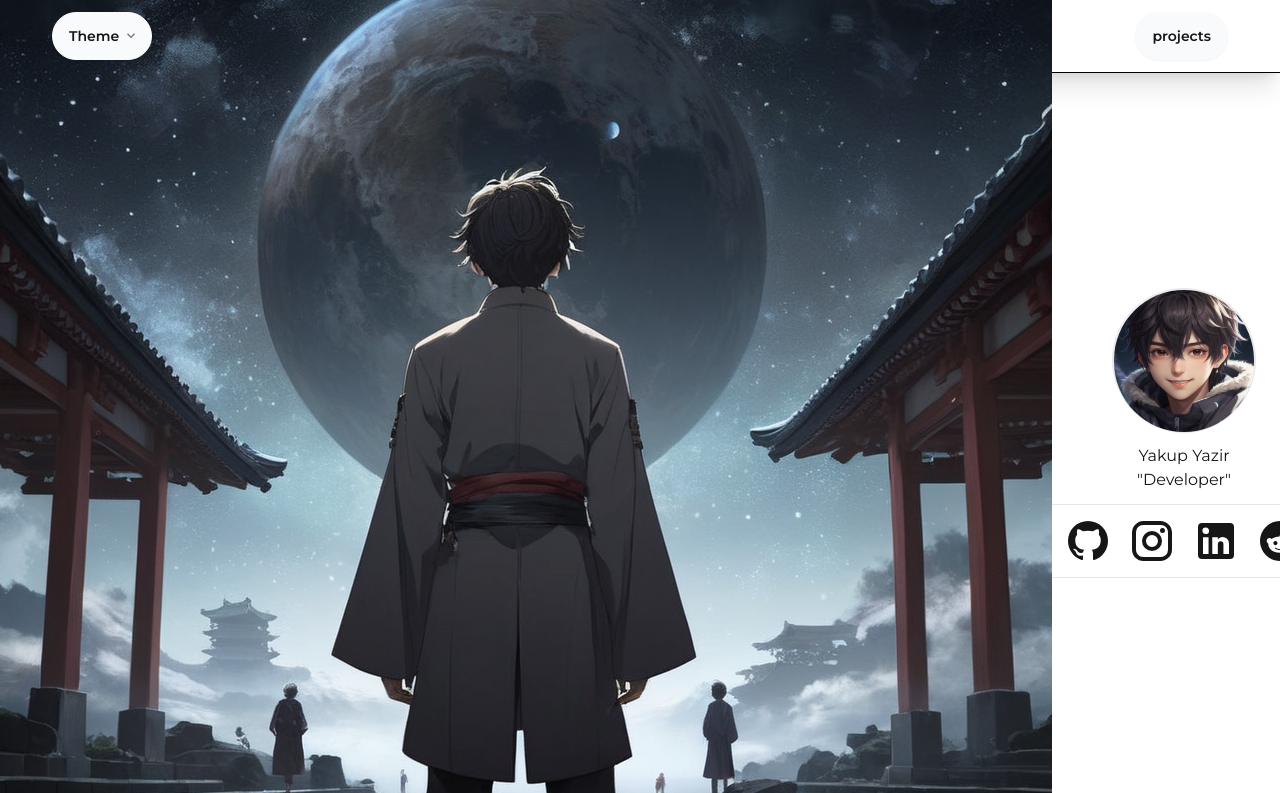
Repository: Yakyaz/myWebsite
Page: /home
These files come from the project's save history. The page is drawn as it stood at one moment and after the next save; the edit follows.
The browser window is 1280 px wide. The pictures show the whole page.
The project was rebuilt for these pictures with package versions that can differ from the ones it lists, and the page was loaded fresh each time. The framework's server and built-in components were replaced by stand-ins that run in the browser. Also part of the build but not shown: next.config.js.

Above is the page before, as saved 2023-12-03 14:23:21.

After the next save:
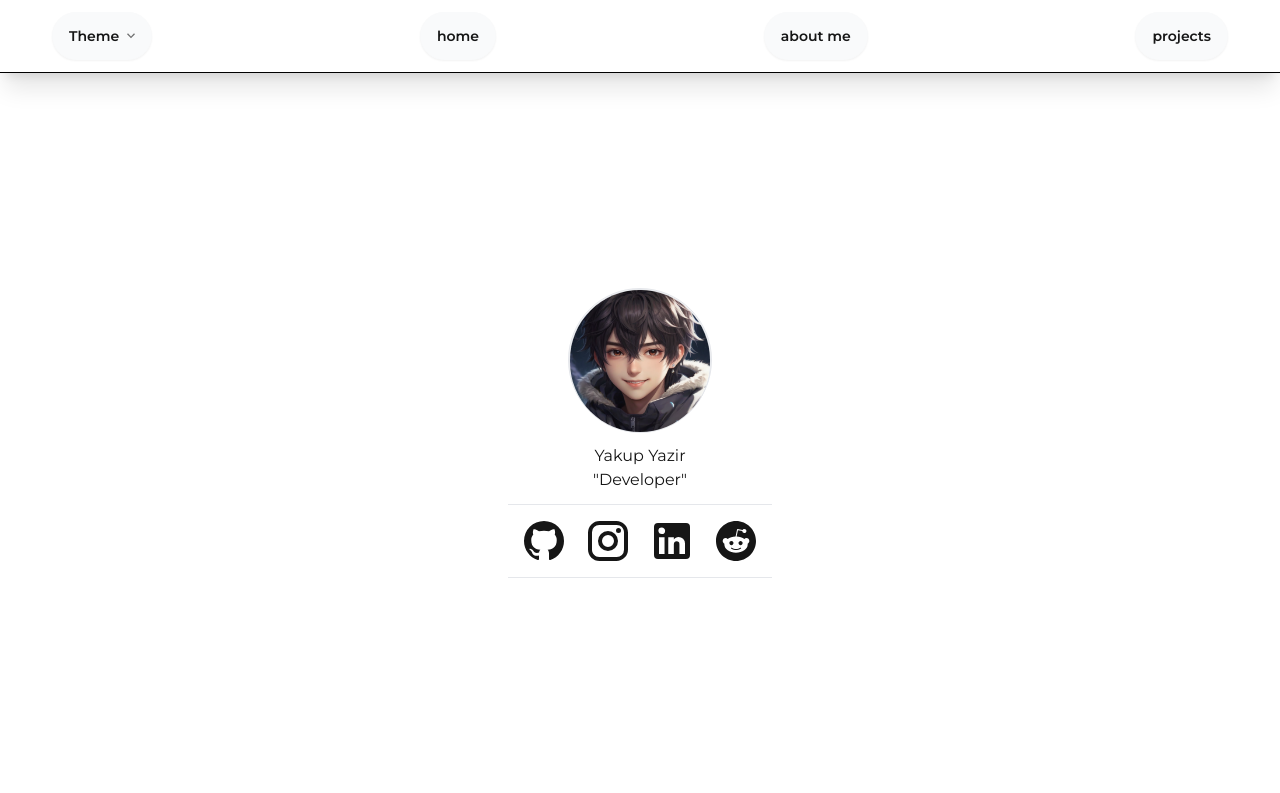
Saved 32 s later.
--- a/app/home/page.tsx
+++ b/app/home/page.tsx
@@ -9,14 +9,6 @@ import pb from "public/pb.png";
 function Home() {
   return (
     <main className="w-screen h-screen flex items-center justify-center ">
-      <Image
-        className="w-11/12 flex justify-center items-center "
-        alt="Background"
-        src={background}
-        placeholder="blur"
-        quality={100}
-        sizes="100%"
-      />
       <div
         className="w-11/12 flex justify-center items-center "
         style={{
